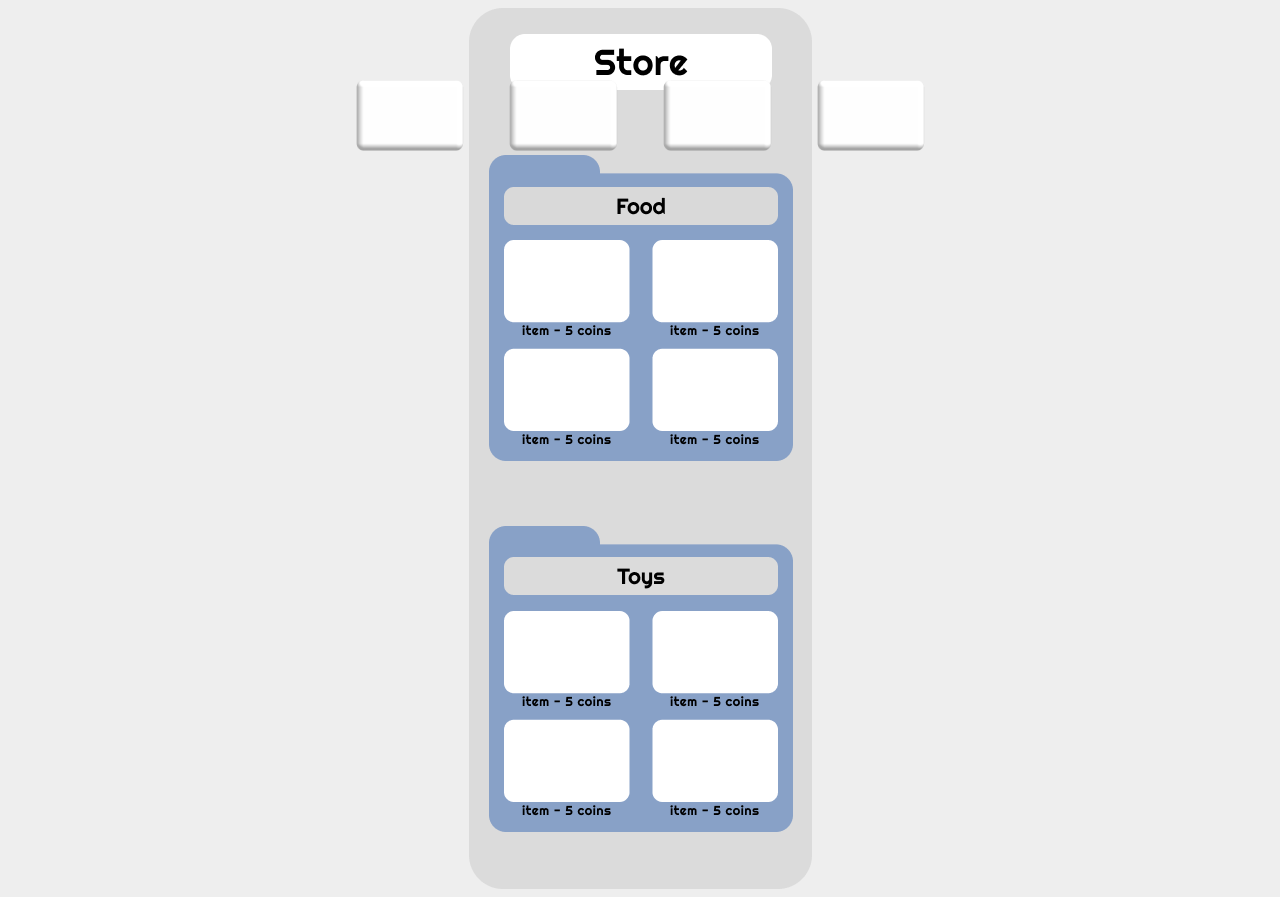
Repository: alemunden/Trash-Scavengers
Page: /ScrappyStore
An editor plug-in stored every save of this project. The page is shown before and after the next save, followed by the edit.
The browser window is 1280 px wide. The pictures show the whole page.
The project was rebuilt for these pictures with package versions that can differ from the ones it lists, and the page was loaded fresh each time. The framework's server and built-in components were replaced by stand-ins that run in the browser. Also part of the build but not shown: next.config.mjs.

Above is the page before, as saved 2024-04-28 14:39:15.

After the next save:
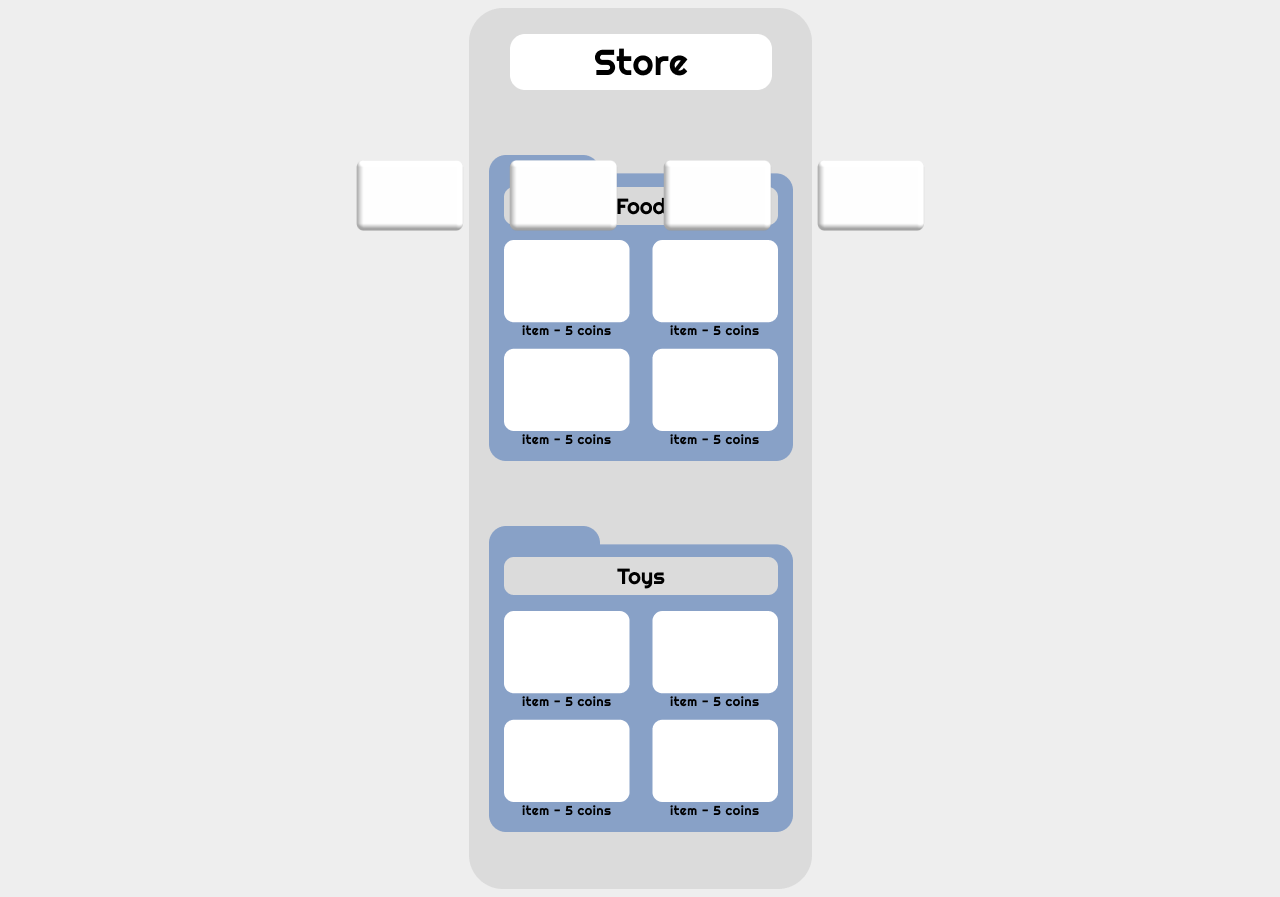
Saved 5 s later.
--- a/styles/ScrappyStore.module.css
+++ b/styles/ScrappyStore.module.css
@@ -5,5 +5,5 @@
 
 .foodItems {
     position: absolute;
-    top: 5rem;
+    top: 10rem;
 }
